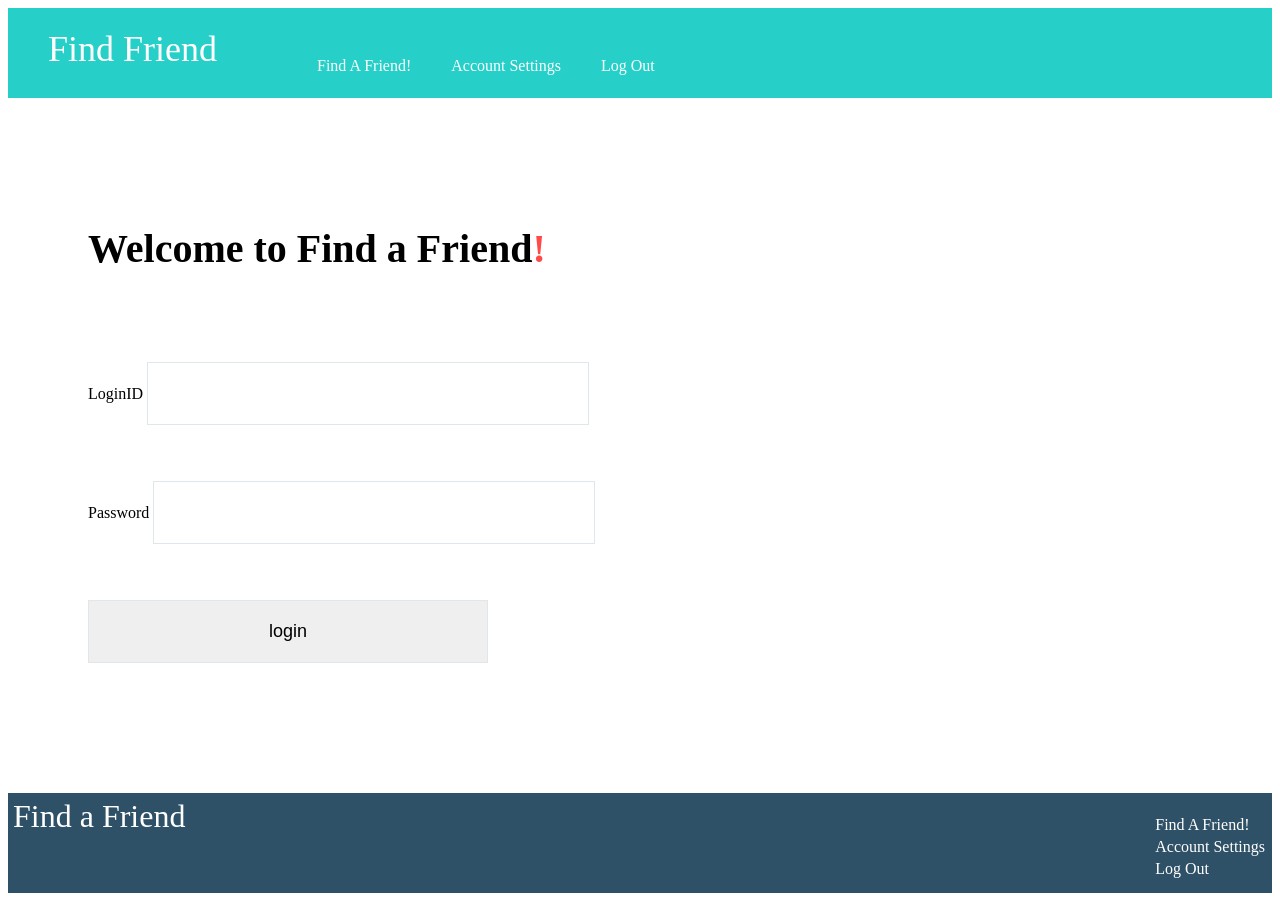
Repository: diazagasatya/NeuralNetwork
Page: http://localhost/FindAFriend/login.jsp
These files come from the project's save history. The page is drawn as it stood at one moment and after the next save; the edit follows.
The browser window is 1280 px wide. The pictures show the whole page.
The page is served by Tomcat 9. Other server files are loaded and not shown.

Above is the page before, as saved 2017-11-14 04:34:20.

### eclipse-workspace/FindAFriend/WebContent/login.jsp
<%@ page language="java" contentType="text/html; charset=UTF-8"
    pageEncoding="UTF-8"%>
<!DOCTYPE html PUBLIC "-//W3C//DTD HTML 4.01 Transitional//EN" "http://www.w3.org/TR/html4/loose.dtd">
<html>
<head>
<meta http-equiv="Content-Type" content="text/html; charset=UTF-8">
<title>Login Page</title>
 <link rel="stylesheet" href="friend_finder.css">
</head>
<body>

	<div class="header">
      <div class="header-logo">Find  Friend</div>
      <div class="header-list">
        <ul>
          <li>Find A Friend!</li>
          <li>Account Settings</li>
          <li>Log Out</li>
        </ul>
      </div>
    </div>

    <div class="main">
      <div class="copy-container">
        <h1>Welcome to Find a Friend<span>!</span></h1>
        <form action="Login">
		<p>LoginID <input type ="text" name ="uname"></p>
		<p>Password <input type ="password" name = "pass"></p>
		<input type="submit" value="login">
		</form>
      </div>
    </div>

    <div class="footer">
      <div class="footer-logo">Find a Friend</div>
      <div class="footer-list">
        <ul>
          <li>Find A Friend!</li>
          <li>Account Settings</li>
          <li>Log Out</li>
        </ul>
      </div>
    </div>
</body>
</html>

### eclipse-workspace/FindAFriend/WebContent/friend_finder.css
body {
  font-family: "Avenir Next";
}

li {
  list-style: none;
}

.header {
  background-color: #26d0c9;
  color: #fff;
  height: 90px;
}

.header-logo {
  float: left;
  font-size: 36px;
  padding: 20px 40px;
}

.header-list {
  float: left;
}

.header-list li {
  float: left;
  padding: 33px 20px;
}

.main {
  padding: 100px 80px;
}

.copy-container h1 {
  font-size: 40px;
  height: 100px;
}


.copy-container span {
  color: #ff4a4a;
}

input, textarea{
  width: 400px;
  margin-top: 10px;
  margin-bottom: 30px;
  padding: 20px;
  font-size :18px;

  border: 1px solid #dee7ec;
}

.contact-submit{
  background-color: #dee7ec;
  color: #889eab;
}

.footer {
  background-color: #2f5167;
  color: #fff;
  height: 90px;
  padding: 5px;
}

.footer-logo {
  float: left;
  font-size: 32px;
}

.footer-list {
  float: right;
}

.footer-list li {
  padding: 2px;
}

After the next save:
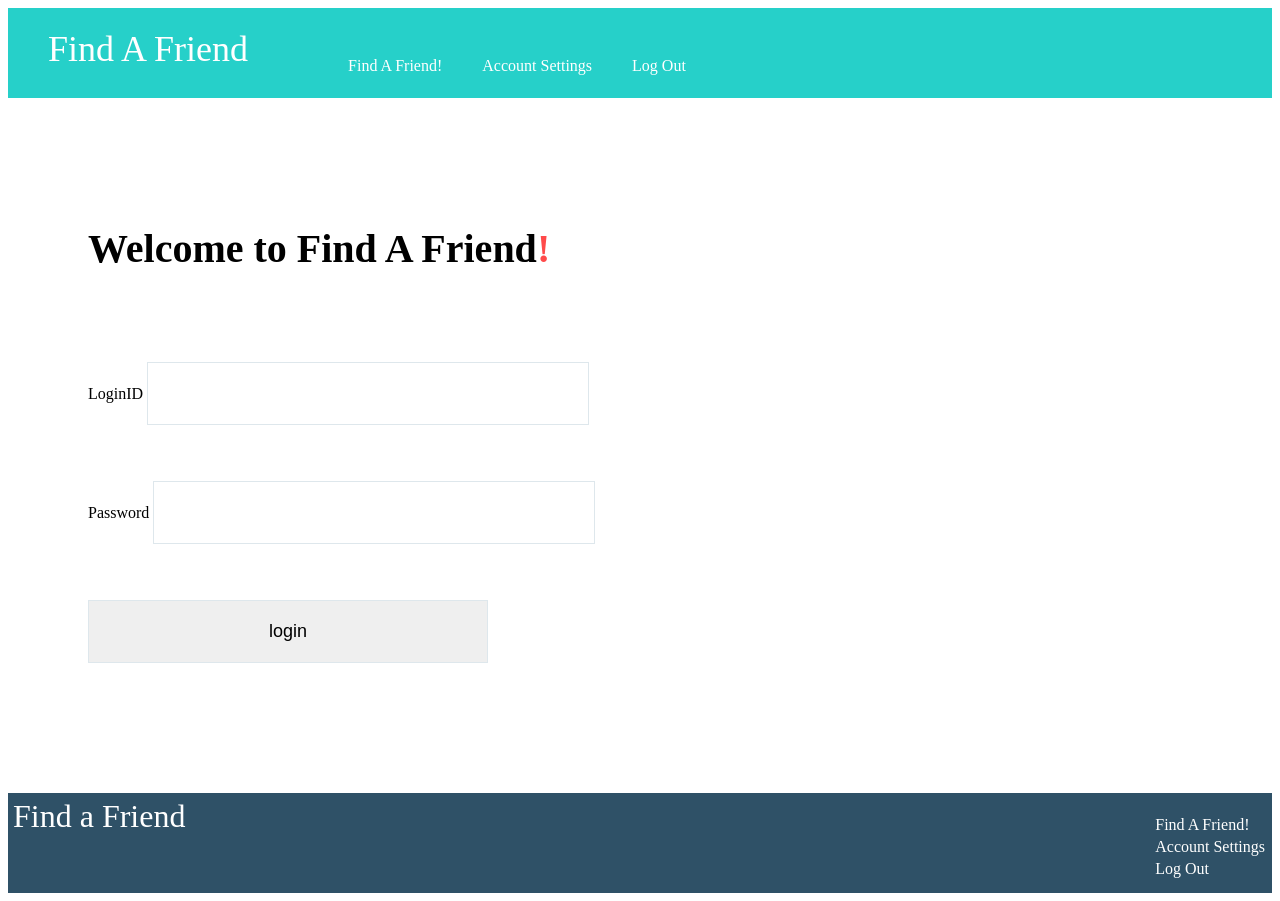
Saved 59 s later.
--- a/eclipse-workspace/FindAFriend/WebContent/login.jsp
+++ b/eclipse-workspace/FindAFriend/WebContent/login.jsp
@@ -10,7 +10,7 @@
 <body>
 
 	<div class="header">
-      <div class="header-logo">Find  Friend</div>
+      <div class="header-logo">Find A Friend</div>
       <div class="header-list">
         <ul>
           <li>Find A Friend!</li>
@@ -22,7 +22,7 @@
 
     <div class="main">
       <div class="copy-container">
-        <h1>Welcome to Find a Friend<span>!</span></h1>
+        <h1>Welcome to Find A Friend<span>!</span></h1>
         <form action="Login">
 		<p>LoginID <input type ="text" name ="uname"></p>
 		<p>Password <input type ="password" name = "pass"></p>
